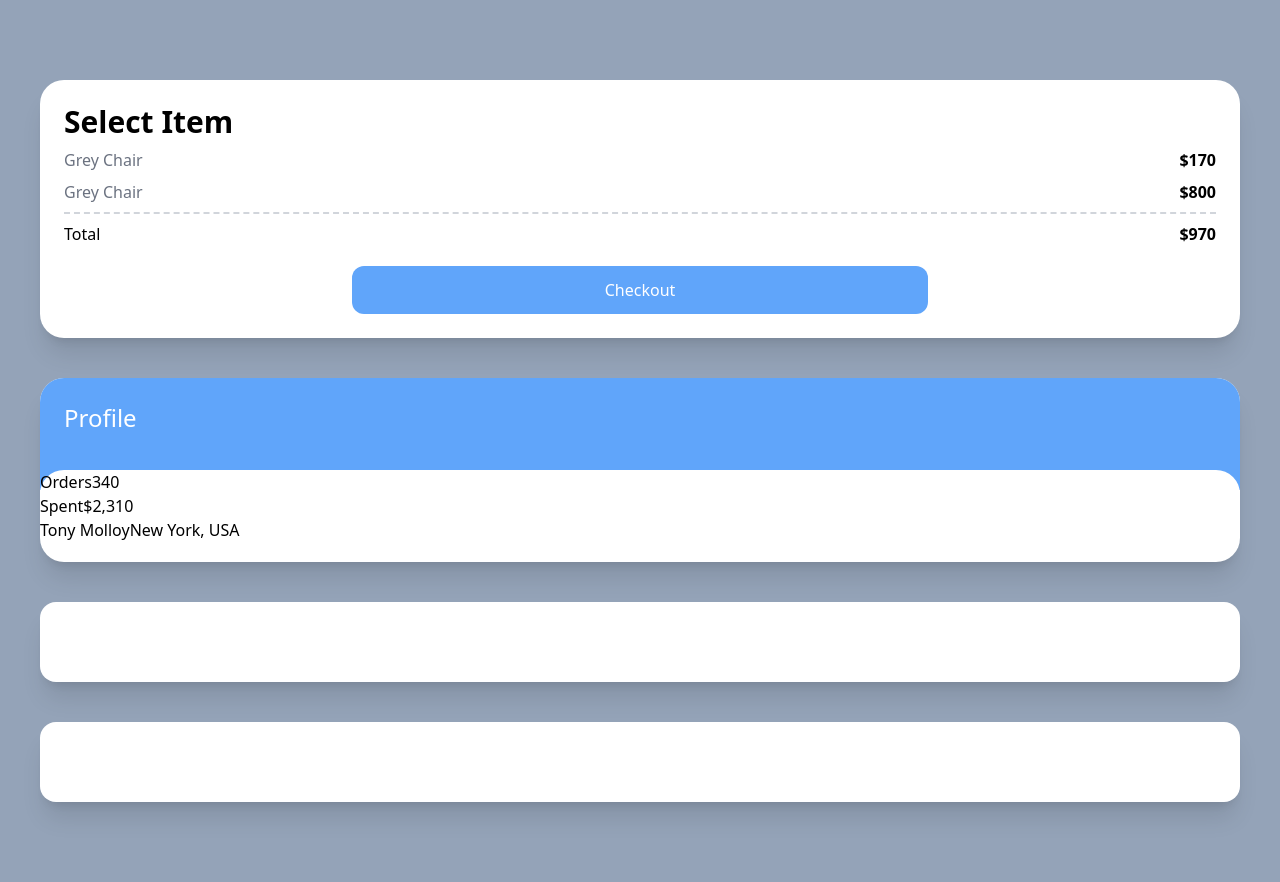
Repository: pjk0007/nextjs-carrot-marcket
Page: /
The author's editor kept a copy of each file at every save. The page is drawn from the files as they stood at one save, then again after the next save.
The browser window is 1280 px wide. The pictures show the whole page.
The project was rebuilt for these pictures with package versions that can differ from the ones it lists, and the page was loaded fresh each time. The framework's server and built-in components were replaced by stand-ins that run in the browser. Also part of the build but not shown: next.config.js.

Above is the page before, as saved 2022-04-30 13:11:03.

After the next save:
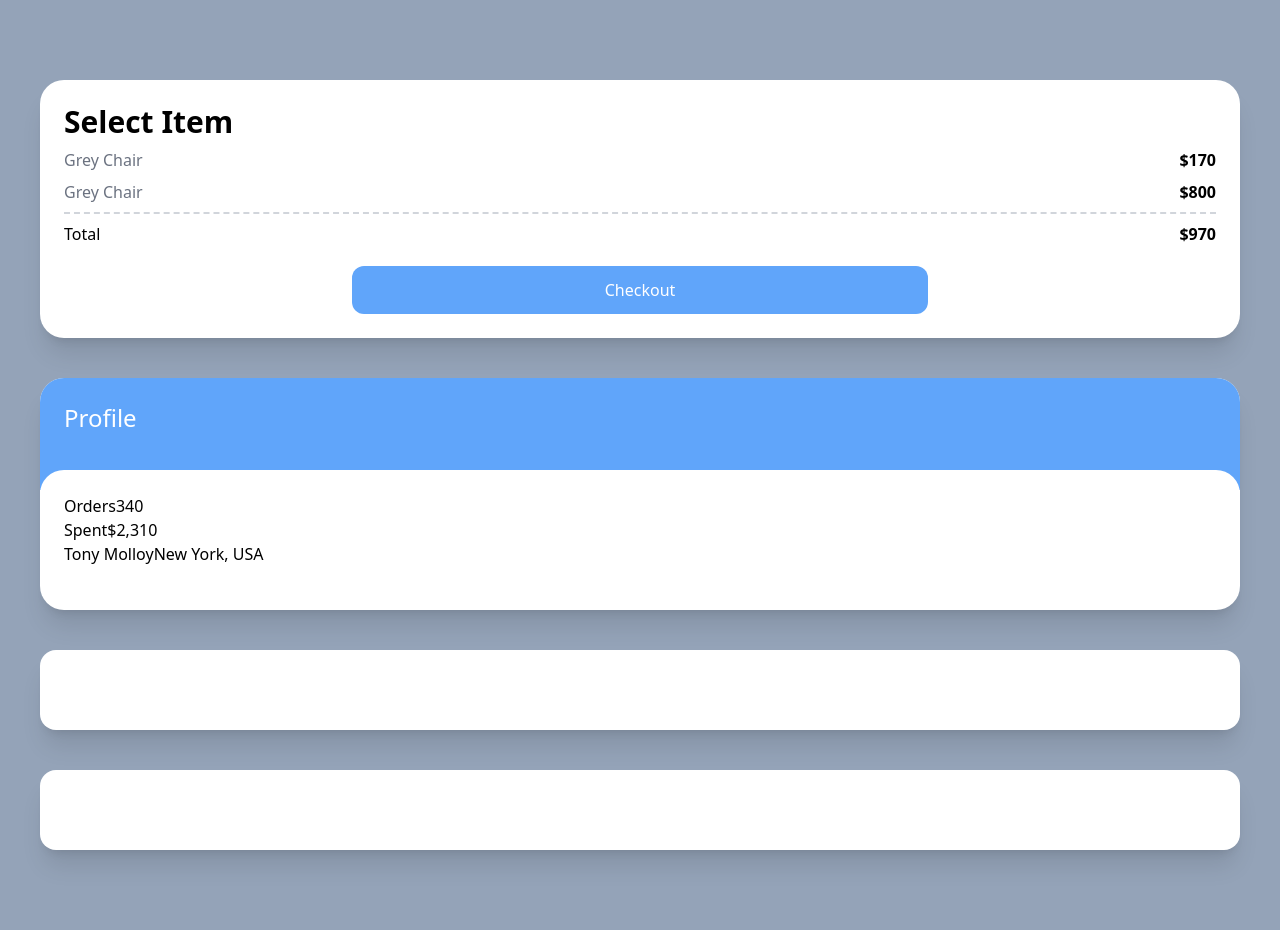
Saved 11 s later.
--- a/pages/index.tsx
+++ b/pages/index.tsx
@@ -23,7 +23,7 @@
         <div className='bg-blue-400 p-6 pb-14'>
           <span className='text-white text-2xl'>Profile</span>
         </div>
-        <div className='rounded-3xl relative -top-5 bg-white'>
+        <div className='rounded-3xl p-6 relative -top-5 bg-white'>
           <div>
             <div>
               <span>Orders</span>

After the save that followed:
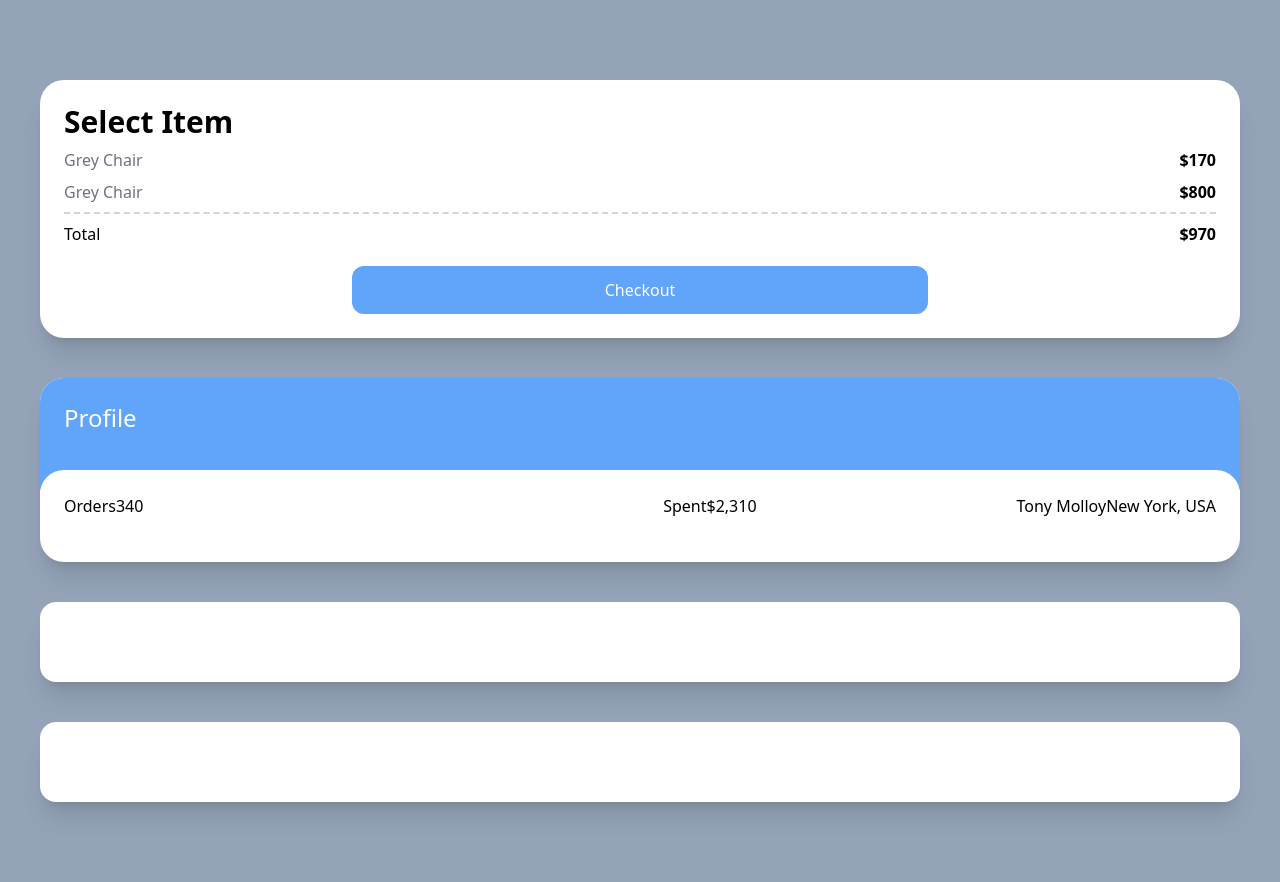
Saved 19 s later.
--- a/pages/index.tsx
+++ b/pages/index.tsx
@@ -24,7 +24,7 @@
           <span className='text-white text-2xl'>Profile</span>
         </div>
         <div className='rounded-3xl p-6 relative -top-5 bg-white'>
-          <div>
+          <div className='flex justify-between'>
             <div>
               <span>Orders</span>
               <span>340</span>
